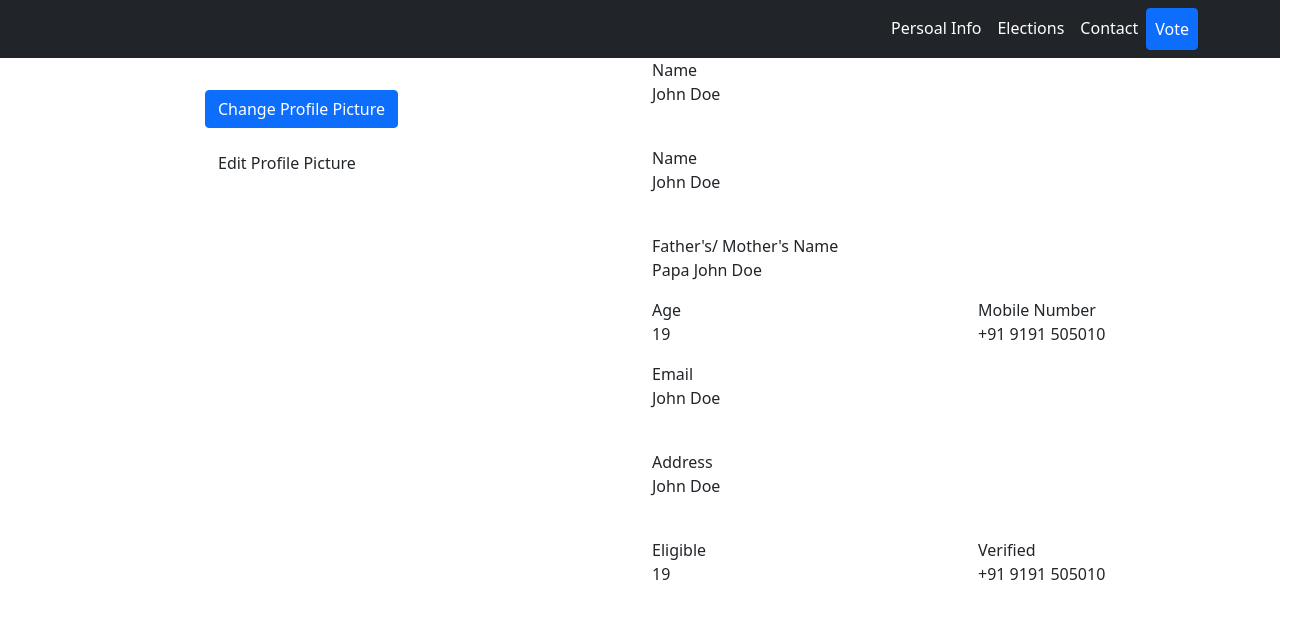
Repository: DavidManiIbrahim/Voting-app
Page: profile.html
These files come from the project's save history. The page is drawn as it stood at one moment and after the next save; the edit follows.
The browser window is 1280 px wide. The page is 1292 px wide, so the pictures cover 1292 px, including what lies to the right of the window. The pictures show the whole page.

Above is the page before, as saved 2025-01-20 05:06:38.

After the next save:
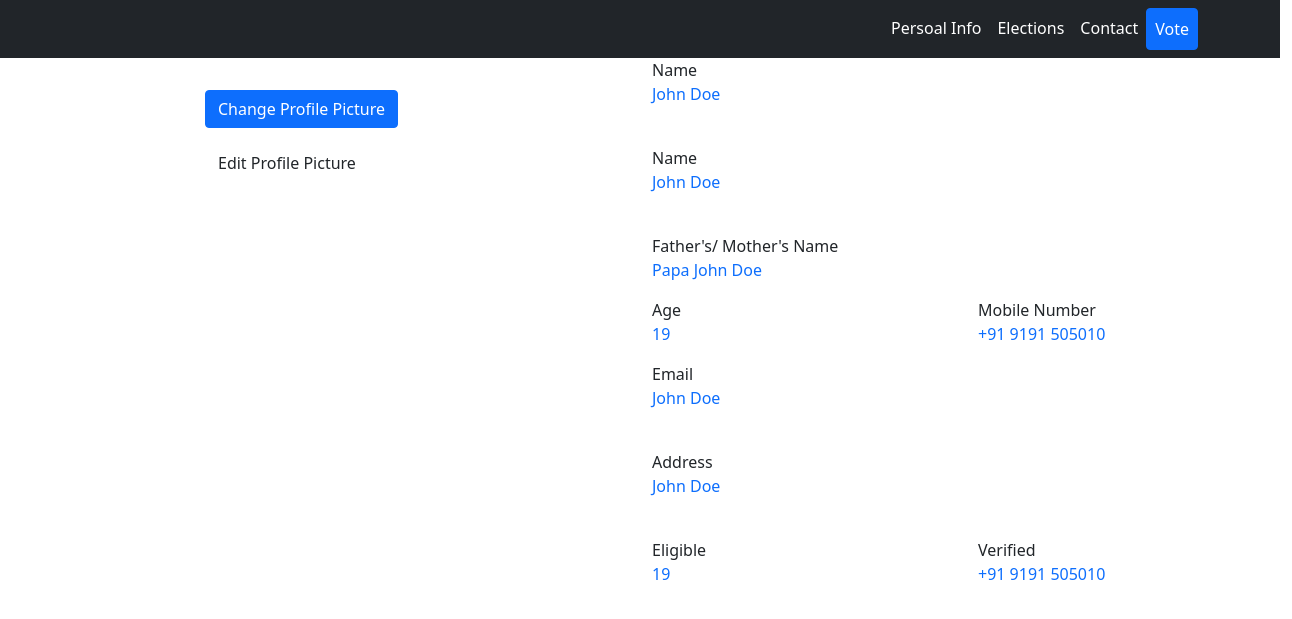
Saved 57 s later.
--- a/profile.html
+++ b/profile.html
@@ -53,49 +53,49 @@
         <div class="content list-unstyled">
 <ul class="list-unstyled">
     <li>Name</li>
-    <span>John Doe</span>
+    <span class="text-primary">John Doe</span>
 </ul>
 <br>
 <ul class="list-unstyled">
     <li>Name</li>
-    <span>John Doe</span>
+    <span class="text-primary">John Doe</span>
 </ul>
 <br>
 <ul class="list-unstyled">
     <li>Father's/ Mother's Name</li>
-    <span>Papa John Doe</span>
+    <span class="text-primary">Papa John Doe</span>
 </ul>
 <div class="row">
     <ul class="col-md list-unstyled">
         <li>Age</li>
-        <span>19</span>
+        <span class="text-primary">19</span>
     </ul>
     <br>
     <ul class="col-md list-unstyled">
         <li>Mobile Number</li>
-        <span>+91 9191 505010</span>
+        <span class="text-primary">+91 9191 505010</span>
     </ul>
     <br>
 </div>
 <ul class="list-unstyled">
     <li>Email</li>
-    <span>John Doe</span>
+    <span class="text-primary">John Doe</span>
 </ul>
 <br>
 <ul class="list-unstyled">
     <li>Address</li>
-    <span>John Doe</span>
+    <span class="text-primary">John Doe</span>
 </ul>
 <br>
 <div class="row">
     <ul class="col-md list-unstyled">
         <li>Eligible</li>
-        <span>19</span>
+        <span class="text-primary">19</span>
     </ul>
     <br>
     <ul class="col-md list-unstyled">
         <li>Verified</li>
-        <span>+91 9191 505010</span>
+        <span class="text-primary">+91 9191 505010</span>
     </ul>
     <br>
 </div>

After the save that followed:
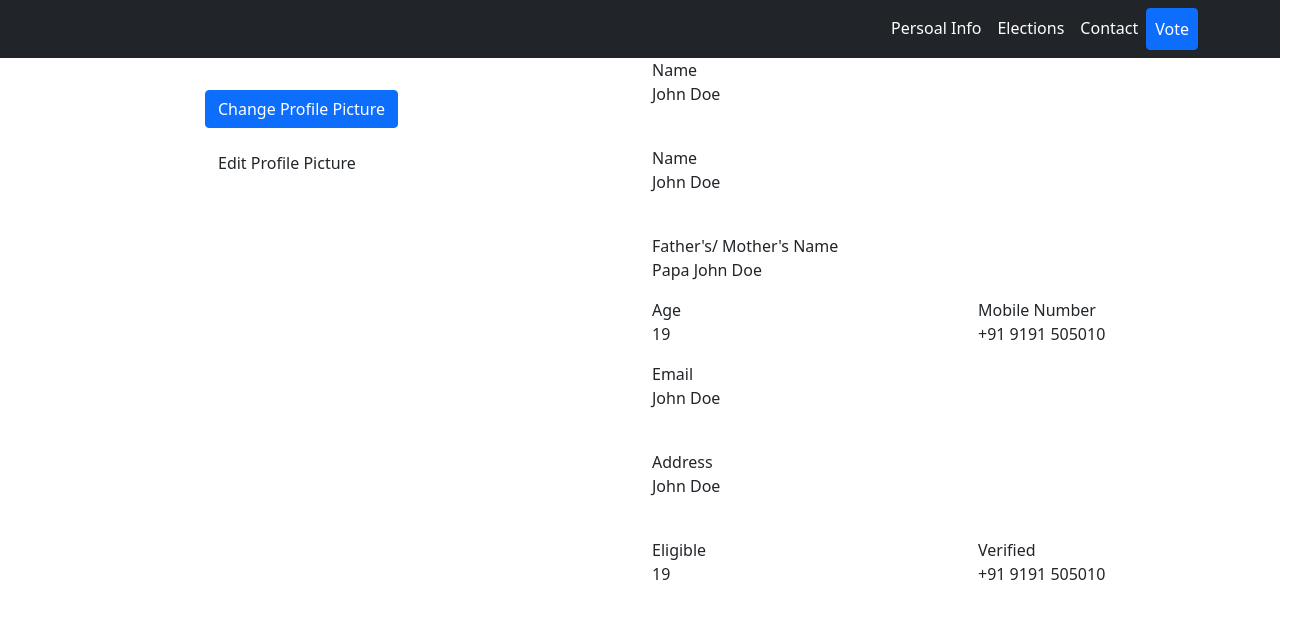
Saved 25 s later.
--- a/profile.html
+++ b/profile.html
@@ -53,49 +53,49 @@
         <div class="content list-unstyled">
 <ul class="list-unstyled">
     <li>Name</li>
-    <span class="text-primary">John Doe</span>
+    <span>John Doe</span>
 </ul>
 <br>
 <ul class="list-unstyled">
     <li>Name</li>
-    <span class="text-primary">John Doe</span>
+    <span>John Doe</span>
 </ul>
 <br>
 <ul class="list-unstyled">
     <li>Father's/ Mother's Name</li>
-    <span class="text-primary">Papa John Doe</span>
+    <span>Papa John Doe</span>
 </ul>
 <div class="row">
     <ul class="col-md list-unstyled">
         <li>Age</li>
-        <span class="text-primary">19</span>
+        <span>19</span>
     </ul>
     <br>
     <ul class="col-md list-unstyled">
         <li>Mobile Number</li>
-        <span class="text-primary">+91 9191 505010</span>
+        <span>+91 9191 505010</span>
     </ul>
     <br>
 </div>
 <ul class="list-unstyled">
     <li>Email</li>
-    <span class="text-primary">John Doe</span>
+    <span>John Doe</span>
 </ul>
 <br>
 <ul class="list-unstyled">
     <li>Address</li>
-    <span class="text-primary">John Doe</span>
+    <span>John Doe</span>
 </ul>
 <br>
 <div class="row">
     <ul class="col-md list-unstyled">
         <li>Eligible</li>
-        <span class="text-primary">19</span>
+        <span>19</span>
     </ul>
     <br>
     <ul class="col-md list-unstyled">
         <li>Verified</li>
-        <span class="text-primary">+91 9191 505010</span>
+        <span>+91 9191 505010</span>
     </ul>
     <br>
 </div>
